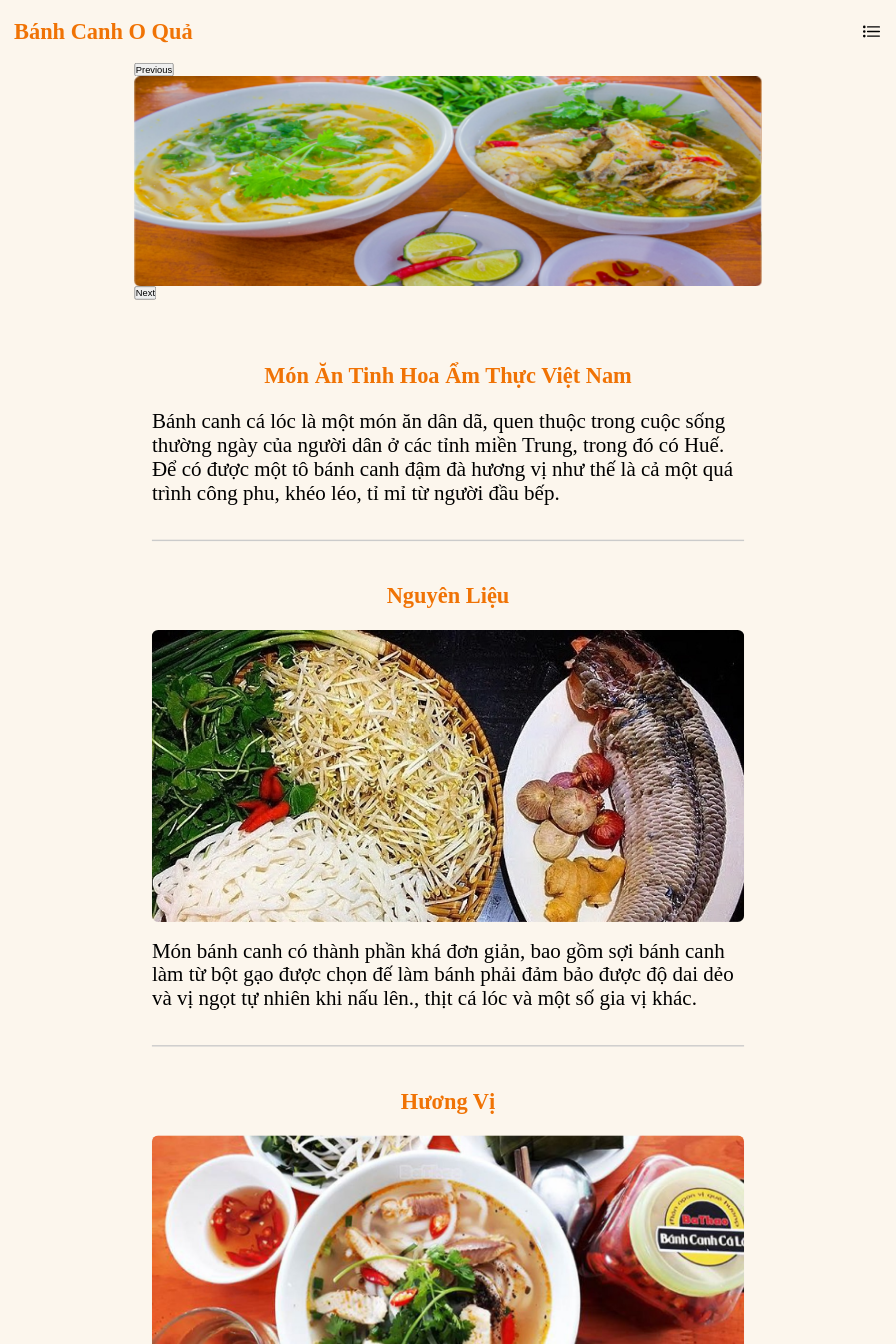
Repository: LeCongTuan2608/AmThuc
Page: public/index.html
These files come from the project's save history. The page is drawn as it stood at one moment and after the next save; the edit follows.
The browser window is 1280 px wide. The pictures show the part of the page from y = 0 to 1920 px (the page is 3265 px tall before and 3510 px after), at 70% of full size.
Some web fonts or font styles are not loaded; a fallback is used. Some web libraries are served in a nearby version. The style sheet was rebuilt from its Sass, Less or Tailwind sources for each picture, by a compiler version that may differ from the author's.

Above is the page before, as saved 2022-04-15 13:13:27.

After the next save:
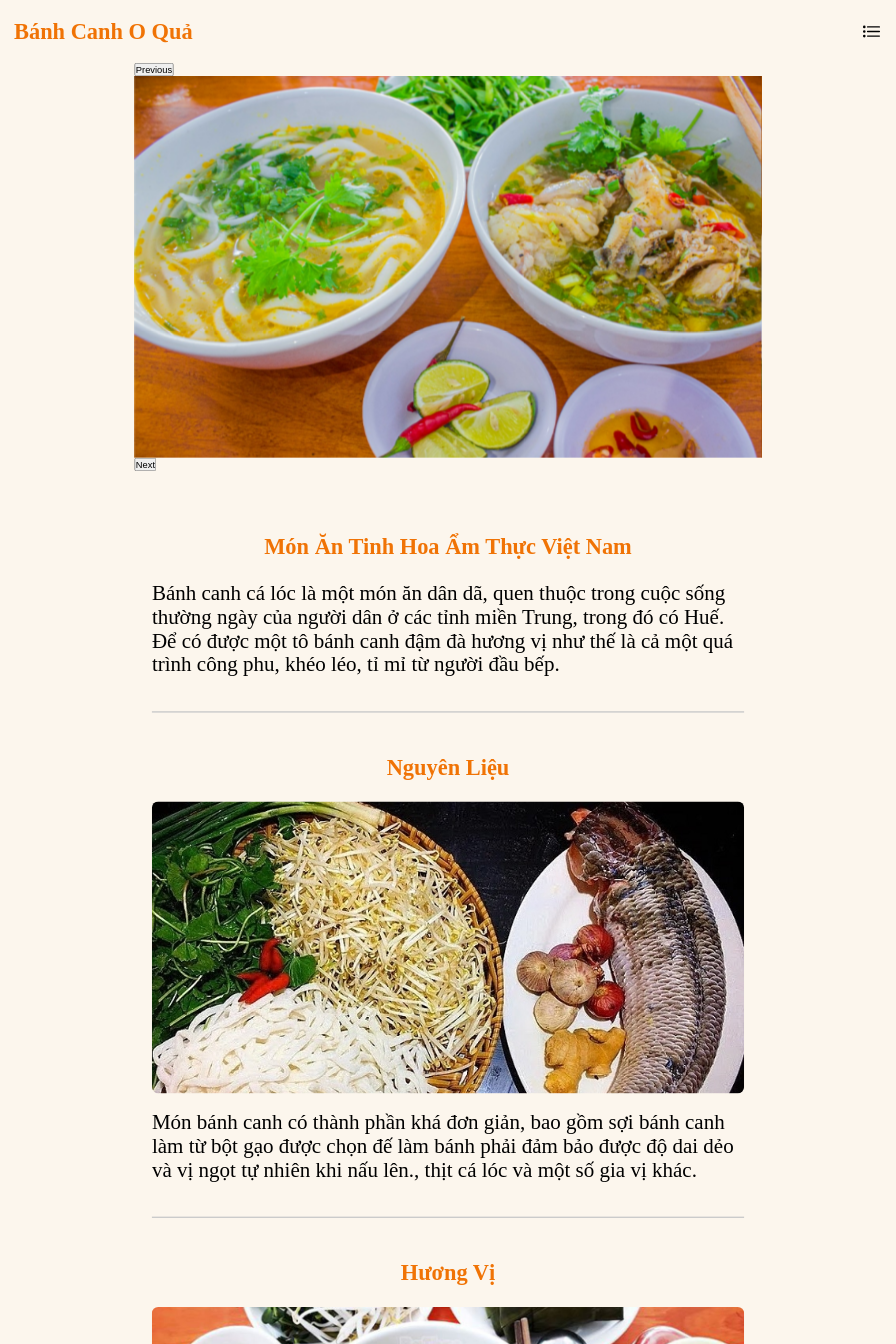
Saved 119 s later.
--- a/sass/index.scss
+++ b/sass/index.scss
@@ -43,12 +43,13 @@ main #container{
 
 }
 #top {
-    align-items: center;
+    height: 45%;
 }
-.image{
-    height: 300px;
+#image{
+    height: 100%;
+    background-size: cover;
 }
-.image img{
+#image img{
     width: 100%;
     height: 100%;
     border-radius: 8px;
